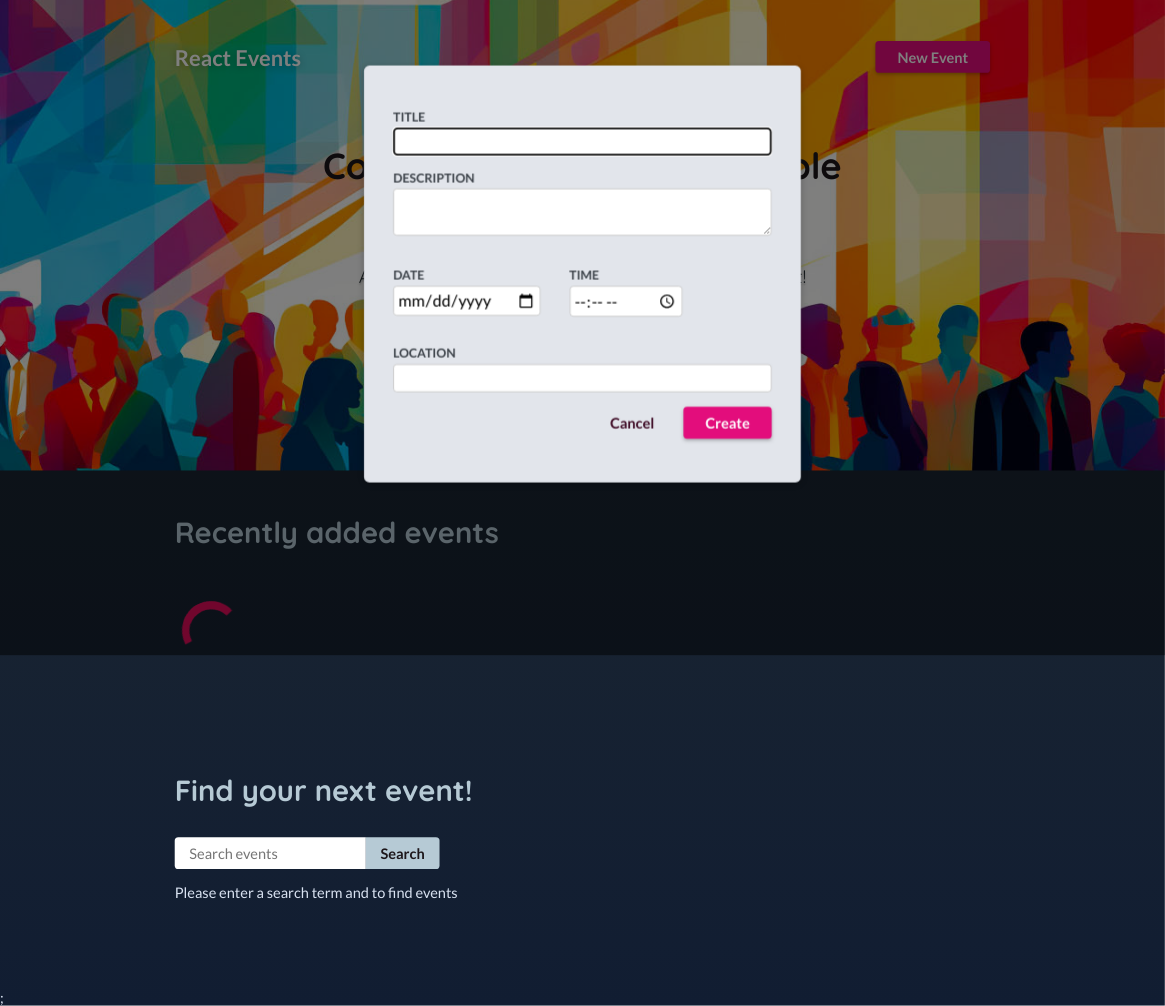
Repository: zhengbinxue/React-Query-Project
Page: /events/new
The author's editor kept a copy of each file at every save. The page is drawn from the files as they stood at one save, then again after the next save.
The browser window is 1280 px wide. The pictures show the whole page, at 91% of full size.
The page's requests for data from a server got no answer. The project was rebuilt for these pictures with package versions that can differ from the ones it lists, and the page was loaded fresh each time. No one was signed in, and anything a server would have sent is missing. Also part of the build but not shown: vite.config.js, src/components/UI/ErrorBlock.jsx, src/components/Events/EventItem.jsx, src/components/Events/EventDetails.jsx, src/components/Events/EditEvent.jsx.

Above is the page before, as saved 2024-08-09 20:52:53.

After the next save:
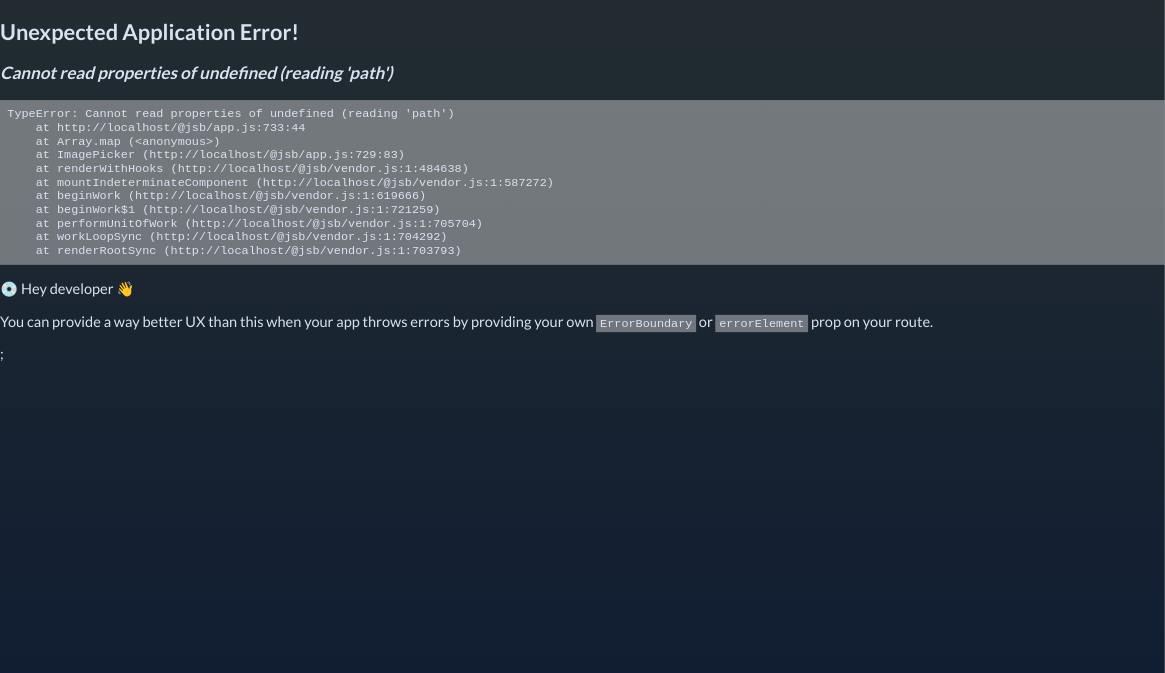
Console error: TypeError: Cannot read properties of undefined (reading 'path')
Saved 12 s later.
--- a/src/components/Events/EventForm.jsx
+++ b/src/components/Events/EventForm.jsx
@@ -37,13 +37,11 @@
       </p>
 
       <div className="control">
-        {data && (
-          <ImagePicker
-            images={[data]}
-            onSelect={handleSelectImage}
-            selectedImage={selectedImage}
-          />
-        )}
+        <ImagePicker
+          images={[data]}
+          onSelect={handleSelectImage}
+          selectedImage={selectedImage}
+        />
       </div>
 
       <p className="control">

After the save that followed:
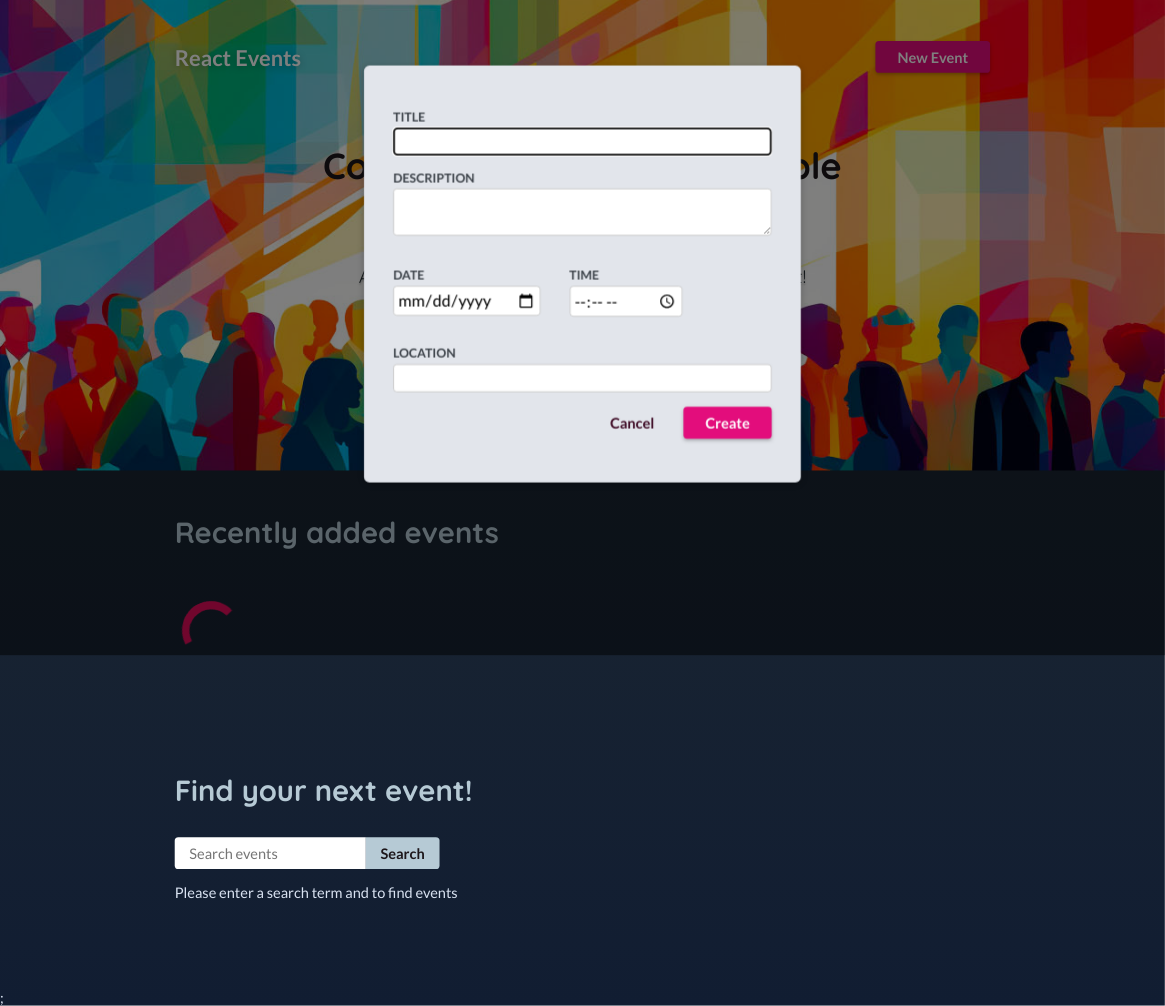
The error is gone.
Saved 11 s later.
--- a/src/components/Events/EventForm.jsx
+++ b/src/components/Events/EventForm.jsx
@@ -36,13 +36,15 @@
         />
       </p>
 
-      <div className="control">
-        <ImagePicker
-          images={[data]}
-          onSelect={handleSelectImage}
-          selectedImage={selectedImage}
-        />
-      </div>
+      {data && (
+        <div className="control">
+          <ImagePicker
+            images={[data]}
+            onSelect={handleSelectImage}
+            selectedImage={selectedImage}
+          />
+        </div>
+      )}
 
       <p className="control">
         <label htmlFor="description">Description</label>
